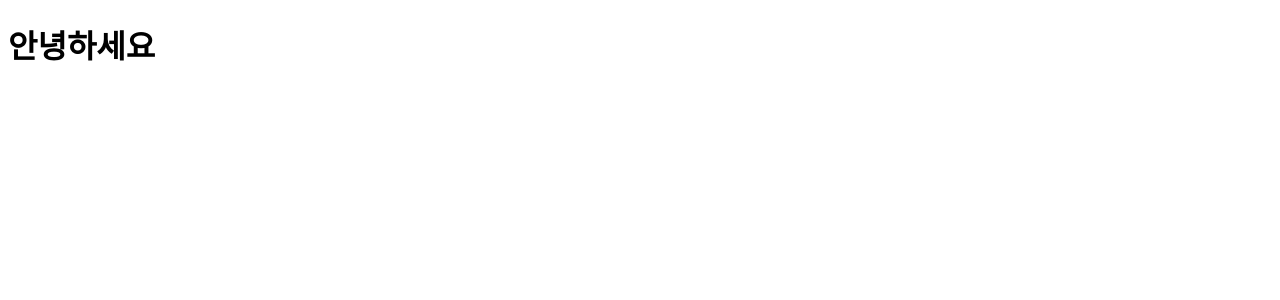
Repository: saahhh/Servlet-JSP-Workspace
Page: http://localhost/join/register.jsp
The author's editor kept a copy of each file at every save. The page is drawn from the files as they stood at one save, then again after the next save.
The browser window is 1280 px wide. The pictures show the whole page.
The page is served by Tomcat 9.

Above is the page before, as saved 2023-11-07 00:34:25.

### join/src/main/webapp/register.jsp
<%@ page language="java" contentType="text/html; charset=EUC-KR"
    pageEncoding="EUC-KR"%>
<!DOCTYPE html>
<html>
<head>
<meta charset="EUC-KR">
<title>Insert title here</title>
</head>
<body>
<h1>안녕하세요</h1>
</body>
</html>

After the next save:
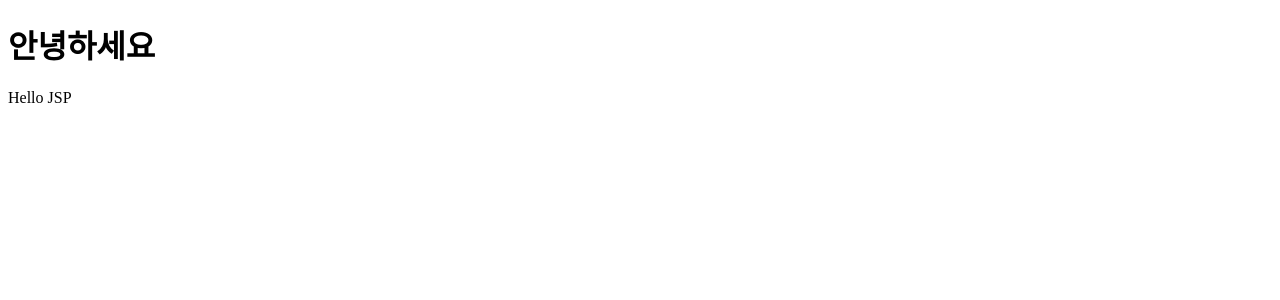
Saved 3 min 18 s later.
--- a/join/src/main/webapp/register.jsp
+++ b/join/src/main/webapp/register.jsp
@@ -8,5 +8,10 @@
 </head>
 <body>
 <h1>안녕하세요</h1>
+
+<%
+String msg= "Hello JSP";
+out.println(msg);
+%>
 </body>
 </html>
